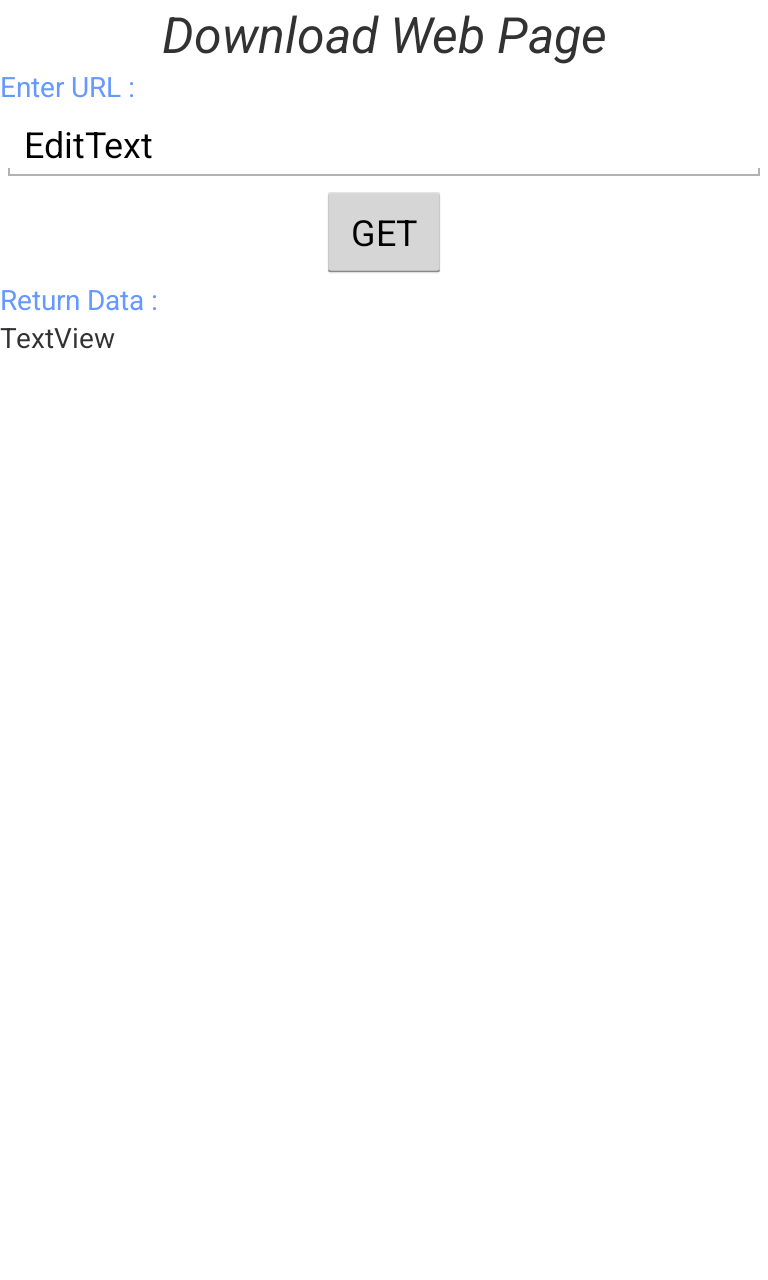
Repository: bvrit-vineeth/android-projects
Layout: NetworkingTest/res/layout/activity_download_web_page.xml
An editor plug-in stored every save of this project. The layout is shown before and after a run of saves, followed by the edit.
It is drawn on a 768 x 1280 px phone screen (xhdpi) without system bars, with theme AppTheme; the app's code is not run.

Above is the layout before, as saved 2013-08-27 13:29:42.

After the next 2 saves:
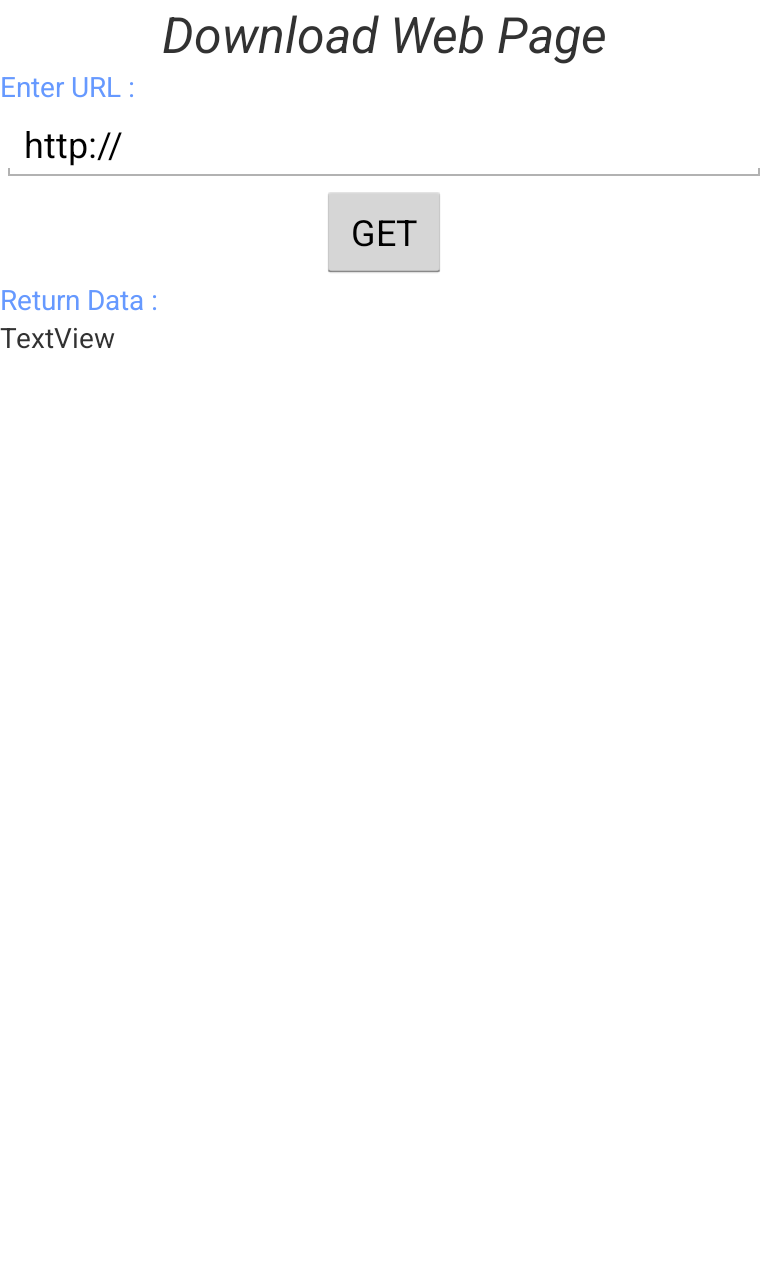
The 2 saves are shown as one change because 1 did not build or start.
The last was saved 15 min 1 s later.
--- a/NetworkingTest/res/layout/activity_download_web_page.xml
+++ b/NetworkingTest/res/layout/activity_download_web_page.xml
@@ -24,7 +24,7 @@
 	android:id="@+id/url_field"
 	android:layout_width="fill_parent"
 	android:layout_height="wrap_content"
-	android:text="EditText"
+	android:text="http://"
 	android:textSize="18sp" />
 <Button
 	android:id="@+id/widget42"
